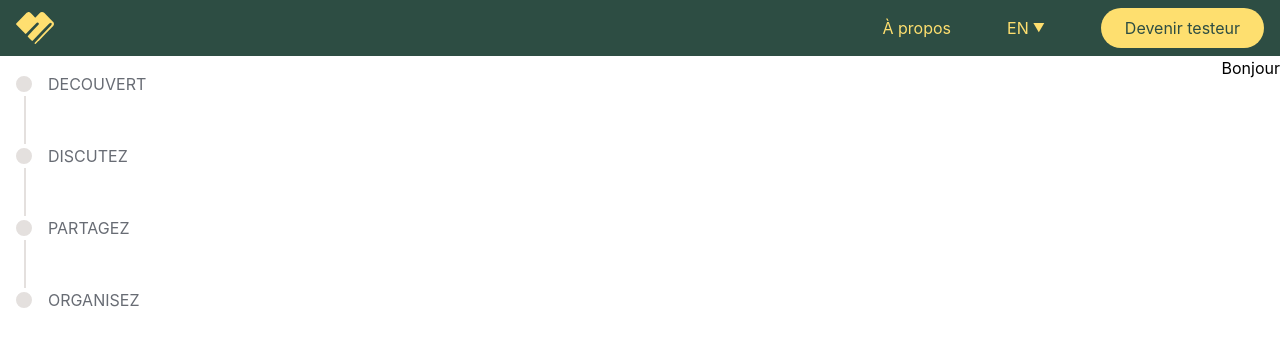
Repository: enas-elm/bookish-landing
Page: /
The author's editor kept a copy of each file at every save. The page is drawn from the files as they stood at one save, then again after the next save.
The browser window is 1280 px wide. The pictures show the whole page.
The project was rebuilt for these pictures with package versions that can differ from the ones it lists, and the page was loaded fresh each time.

Above is the page before, as saved 2024-09-11 16:32:53.

After the next save:
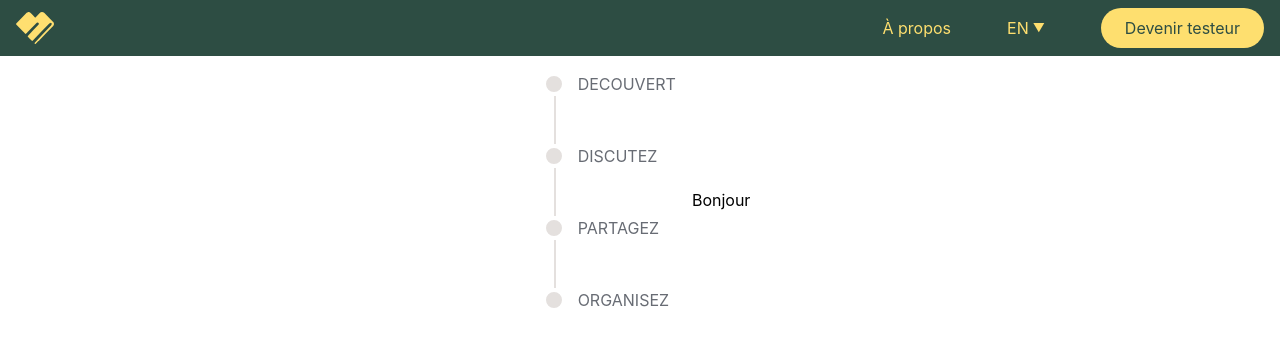
Saved 48 s later.
--- a/src/components/TimeLine.js
+++ b/src/components/TimeLine.js
@@ -15,7 +15,7 @@
   };
 
   return (
-    <div className="flex flex-row justify-between justify-center">
+    <div className="flex flex-row items-center justify-center">
       <div className="flex flex-col items-start p-4">
         {menuItems.map((item, index) => (
           <div key={item.id} className="flex flex-col items-start">

After the 2 saves that followed:
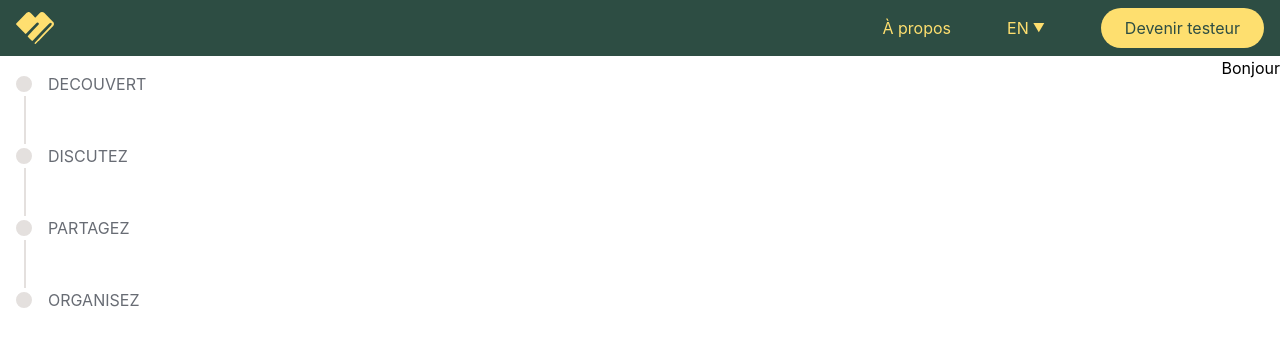
The 2 saves are shown as one change because they came seconds apart.
The last was saved 12 s later.
--- a/src/components/TimeLine.js
+++ b/src/components/TimeLine.js
@@ -15,7 +15,7 @@
   };
 
   return (
-    <div className="flex flex-row items-center justify-center">
+    <div className="flex flex-row justify-between justify-center">
       <div className="flex flex-col items-start p-4">
         {menuItems.map((item, index) => (
           <div key={item.id} className="flex flex-col items-start">
